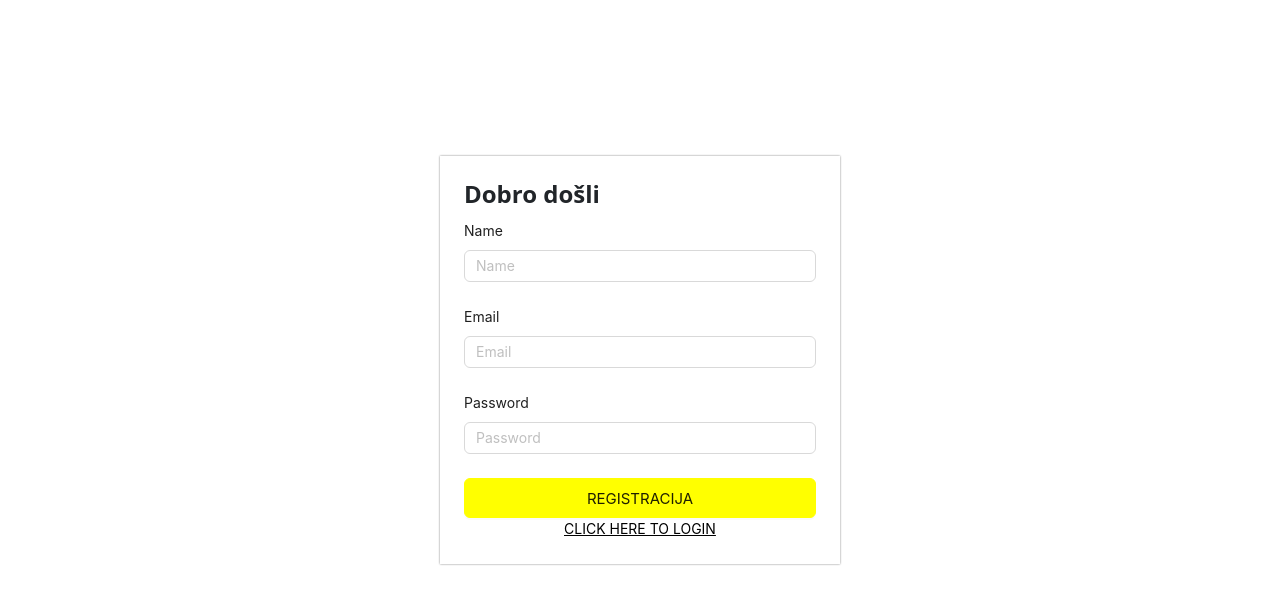
Repository: jbabicsus/okviri
Page: /registracija (app in autoskola/)
The author's editor kept a copy of each file at every save. The page is drawn from the files as they stood at one save, then again after the next save.
The browser window is 1280 px wide. The pictures show the whole page.
The project was rebuilt for these pictures with package versions that can differ from the ones it lists, and the page was loaded fresh each time. Also part of the build but not shown: autoskola/src/stranice/Login.js.

Above is the page before, as saved 2024-05-12 14:15:51.

After the next save:
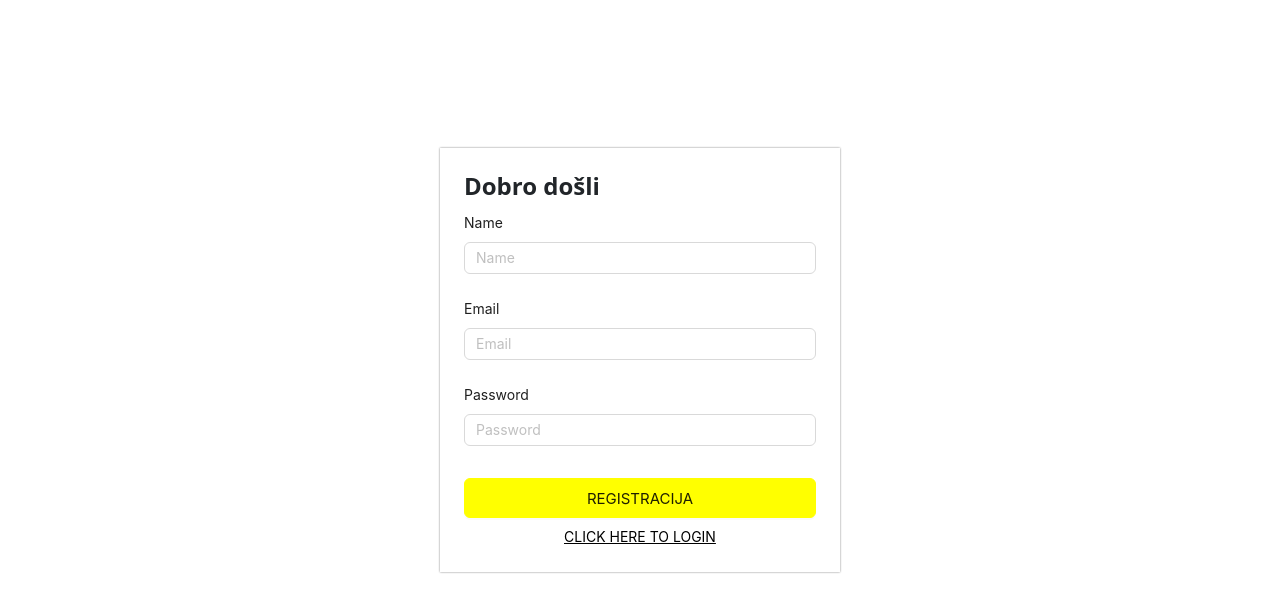
Saved 34 s later.
--- a/autoskola/src/stranice/Registracija.js
+++ b/autoskola/src/stranice/Registracija.js
@@ -20,9 +20,9 @@ function Registracija(){
                         <Input placeholder='Password'/>
                     </Form.Item>
 
-                    <Button className='registracija-btn'>REGISTRACIJA</Button>
+                    <Button className='registracija-btn my-2'>REGISTRACIJA</Button>
 
-                    <a href='/login' className='a'>CLICK HERE TO LOGIN</a>
+                    <a href='/login' className='a mt-2'>CLICK HERE TO LOGIN</a>
                 </Form>
 
             </div>
